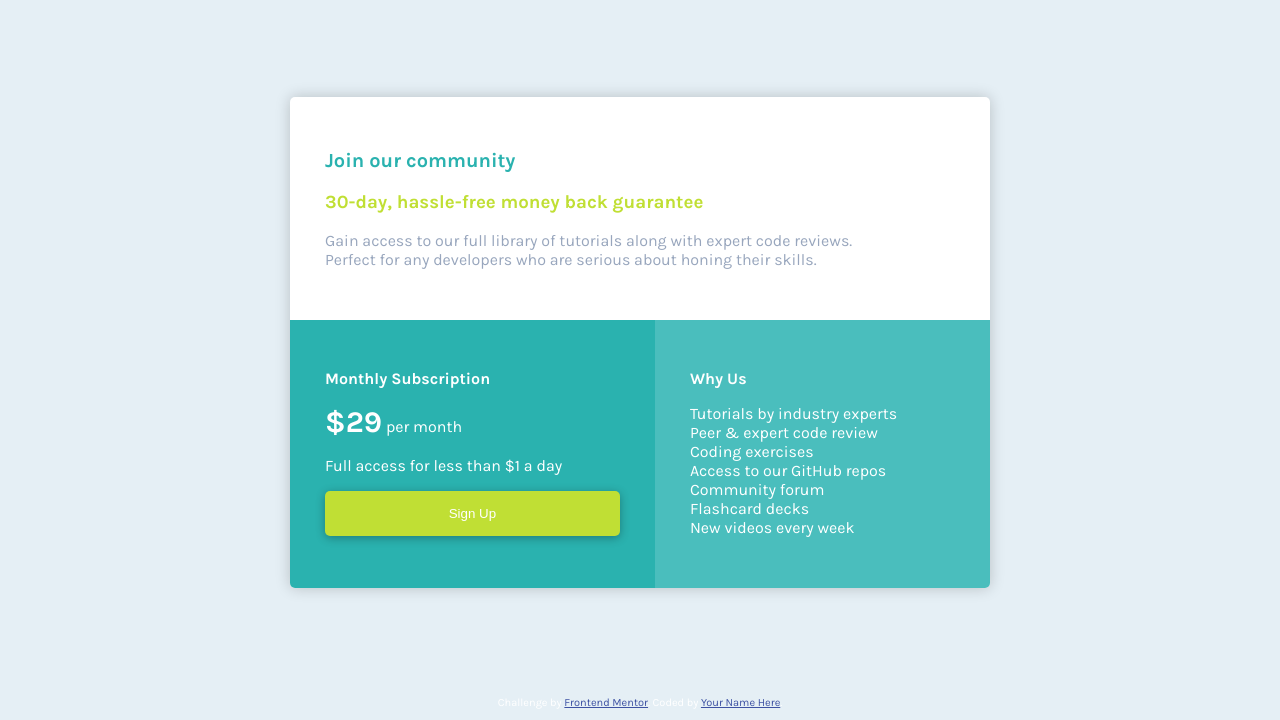
Repository: jminervino/PriceGridComponent
Page: index.html
These files come from the project's save history. The page is drawn as it stood at one moment and after the next save; the edit follows.
The browser window is 1280 px wide. The pictures show the whole page.

Above is the page before, as saved 2022-02-08 14:19:09.

After the next save:
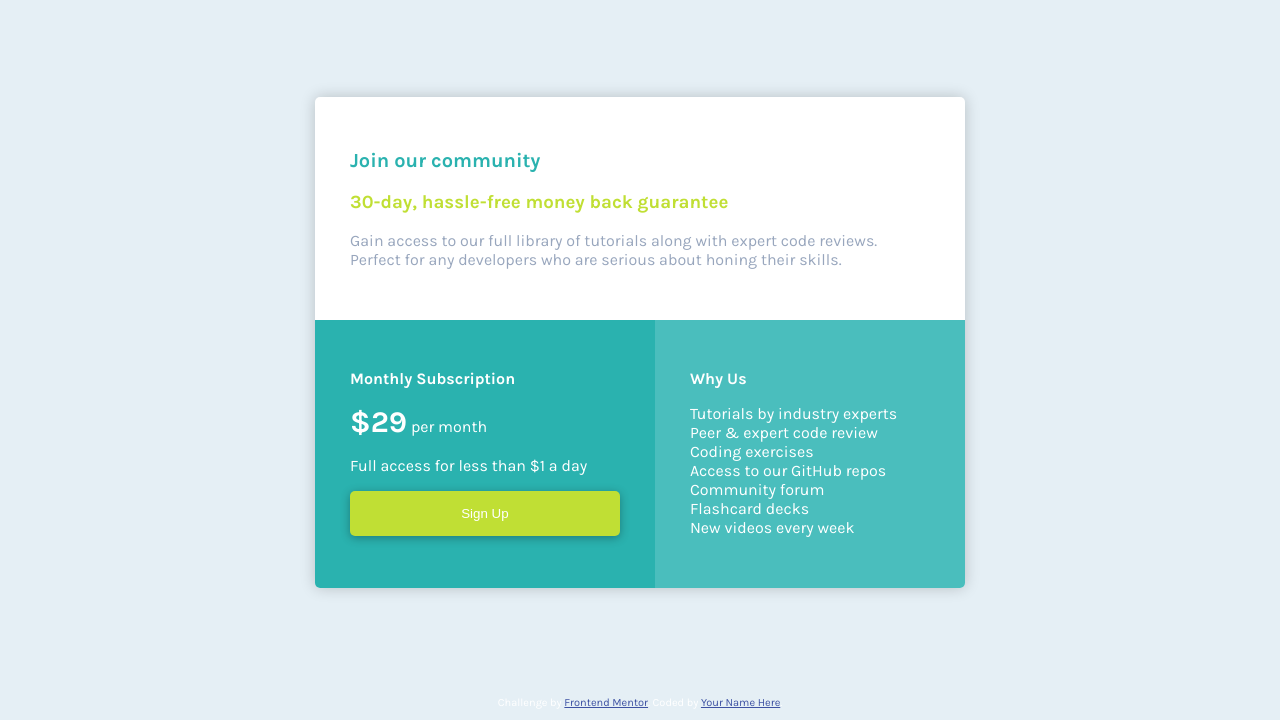
Saved 5 s later.
--- a/style.css
+++ b/style.css
@@ -21,7 +21,7 @@ body {
 main {
     background-color: #ffffff;
     max-width: 1440px;
-    min-width: 700px;
+    min-width: 650px;
     margin: auto;
     display: grid;
     grid-template-columns: auto auto;
